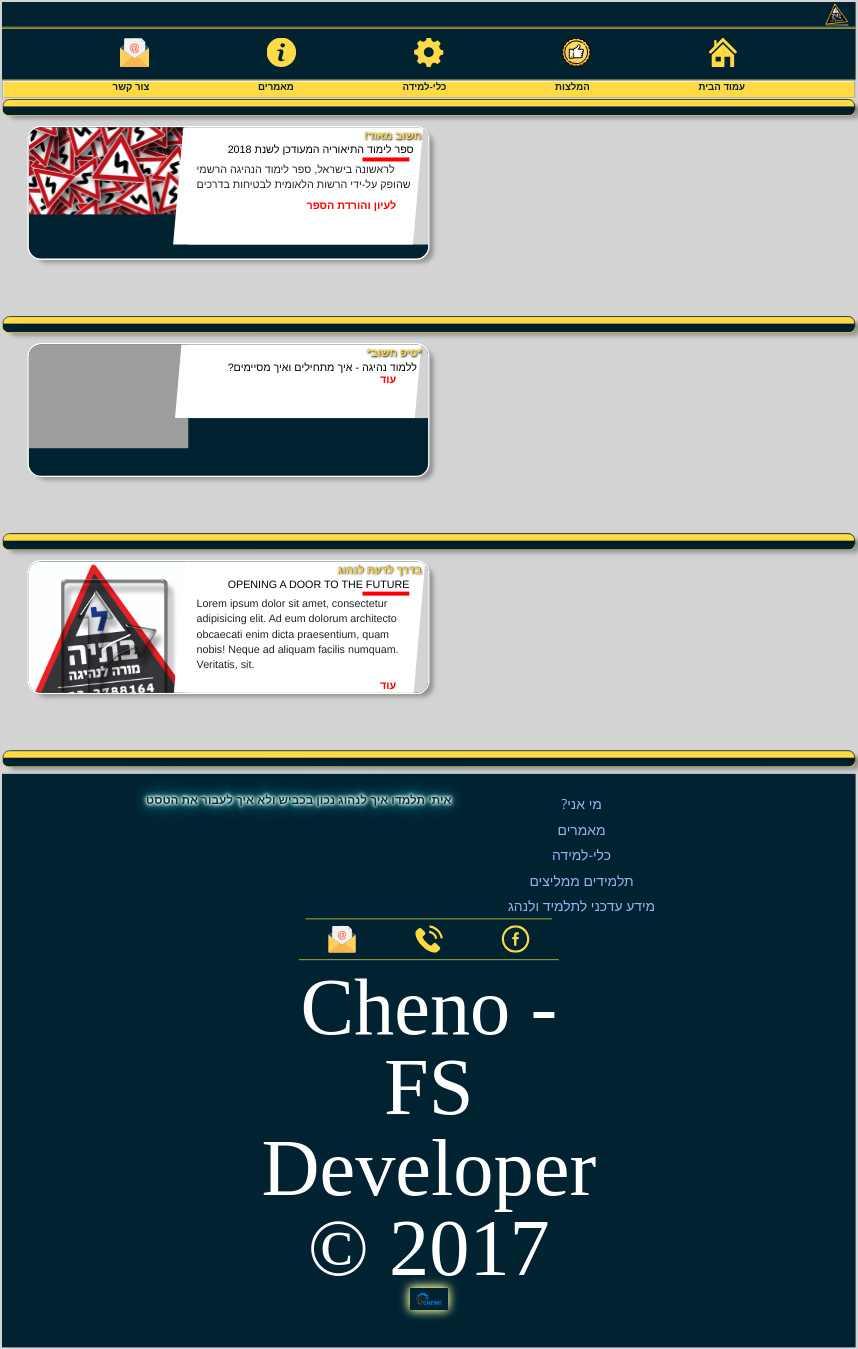
Repository: ChenGinsberg/BatyaLamed-site
Page: index.html
An editor plug-in stored every save of this project. The page is shown before and after the next save, followed by the edit.
The browser window is 1280 px wide. The pictures show the whole page, at 67% of full size.
Pictures or frames that could not be fetched are drawn as grey boxes. Some web libraries are served in a nearby version.

Above is the page before, as saved 2017-11-28 09:54:06.

### index.html
<!DOCTYPE html>
<html lang="en">

<head>
    <meta charset="UTF-8">
    <meta name="viewport" content="width=device-width, initial-scale=1.0">
    <meta http-equiv="X-UA-Compatible" content="ie=edge">
    <title>Batya</title>

    <script type="text/javascript" src="http://app.sliderui.com/sliders/zrkchs.js"></script>
    <script src="https://code.jquery.com/jquery-3.2.1.slim.min.js" integrity="sha384-KJ3o2DKtIkvYIK3UENzmM7KCkRr/rE9/Qpg6aAZGJwFDMVNA/GpGFF93hXpG5KkN"
        crossorigin="anonymous"></script>
    <script src="https://cdnjs.cloudflare.com/ajax/libs/popper.js/1.12.3/umd/popper.min.js" integrity="sha384-vFJXuSJphROIrBnz7yo7oB41mKfc8JzQZiCq4NCceLEaO4IHwicKwpJf9c9IpFgh"
        crossorigin="anonymous"></script>
    <script src="https://maxcdn.bootstrapcdn.com/bootstrap/4.0.0-beta.2/js/bootstrap.min.js" integrity="sha384-alpBpkh1PFOepccYVYDB4do5UnbKysX5WZXm3XxPqe5iKTfUKjNkCk9SaVuEZflJ"
        crossorigin="anonymous"></script>
    <link rel="stylesheet" href="https://maxcdn.bootstrapcdn.com/bootstrap/4.0.0-beta.2/css/bootstrap.min.css" integrity="sha384-PsH8R72JQ3SOdhVi3uxftmaW6Vc51MKb0q5P2rRUpPvrszuE4W1povHYgTpBfshb"
        crossorigin="anonymous">
    <link href="https://fonts.googleapis.com/css?family=Varela+Round&amp;subset=hebrew" rel="stylesheet">
    <link rel="stylesheet" type="text/css" href="style/reset.css">
    <link rel="stylesheet" type="text/css" href="style/style.css">
    <link rel="stylesheet" type="text/css" href="style/nav.css">
    <link rel="stylesheet" type="text/css" href="style/slider.css">
    <link rel="stylesheet" type="text/css" href="style/infoBox.css">
    <link rel="stylesheet" type="text/css" href="style/footer.css">
</head>

<body lang="rtl">
    <!-- nav-bar -->
    <div class="logoContainer">
        <img src="image/batyaLogo.jpg" class="logo-nav">
    </div>
    <nav class="navbar-blue">

        <div class="nav-icons">
            <a>
                <img src="image/email.svg" class="nav--icon">
            </a>
            <a href="aticles.html">
                <img src="image/icon.svg" class="nav--icon">
            </a>
            <a href="tools.html">
                <img src="image/settings-work-tool.svg" class="nav--icon">
            </a>
            <a href="recommendsPage.html">
                <img src="image/recommended.svg" class="nav--icon">
            </a>
            <a href="index.html">
                <img src="image/house-outline.svg" class="nav--icon">

            </a>
        </div>
        <br>
        <div class="nav-text">
            <span class="nav-iconn">צור קשר</span>
            <span class="nav-iconn">מאמרים</span>
            <span class="nav-iconn">כלי-למידה</span>
            <span class="nav-iconn">המלצות</span>
            <span class="nav-iconn">עמוד הבית</span>
        </div>
    </nav>

    <!-- slider - linked at the head -->

    <div data-slider-id="zrkchs" class="sliderCSS"></div>
    <div class="blueHR">
        <div class="yellowHR"></div>
    </div>
    <!-- infoBox -->
    <div class="blog-card">
        <div class="photo photo1"></div>
        <div class="description">
            <span class="infoBox_header">חשוב מאוד!
            </span>
            <h2>ספר לימוד התיאוריה המעודכן לשנת 2018</h2>
            <p class="summary">לראשונה בישראל, ספר לימוד הנהיגה הרשמי שהופק על-ידי הרשות הלאומית לבטיחות בדרכים</p>
            <a href="http://rsa.digitaler.co.il/rsa1/">לעיון והורדת הספר</a>
        </div>
    </div>
    <div class="blueHR">
        <div class="yellowHR"></div>
    </div>
    <div class="blog-card">
        <div class="photo photo2"></div>
        <div class="description">
            <span class="infoBox_header">*טיפ חשוב*</span>
            <h2>ללמוד נהיגה - איך מתחילים ואיך מסיימים?</h2>
            <a href="#"> עוד</a>
        </div>
    </div>
    <div class="blueHR">
        <div class="yellowHR"></div>
    </div>
    <div class="blog-card">
        <div class="photo photo3">
            <img src="/image/arrow.png" class="roadArrow">
        </div>
        <div class="description">
            <span class="infoBox_header">בדרך לדעת לנהוג</span>
            <h2>Opening a door to the future</h2>
            <p class="summary">Lorem ipsum dolor sit amet, consectetur adipisicing elit. Ad eum dolorum architecto obcaecati enim dicta praesentium,
                quam nobis! Neque ad aliquam facilis numquam. Veritatis, sit.</p>
            <a href="#">עוד</a>
        </div>
    </div>
    <div class="blueHR">
        <div class="yellowHR"></div>
    </div>
    <!-- FOOTER -->
    <footer class="flex-rw">
        <p class="footer-quate">איתי תלמדו איך לנהוג נכון בכביש ולא איך לעבור את הטסט</p>

        <ul class="footer-list-top">

            <li>
                <a href='/shop/about-mission' class="generic-anchor footer-list-anchor" itemprop="significantLink">?מי אני</a>
            </li>
            <li>
                <a href='/promos.html' class="generic-anchor footer-list-anchor" itemprop="significantLink">מאמרים</a>
            </li>
            <li>
                <a href='/retailers/new-retailers.html' class="generic-anchor footer-list-anchor" itemprop="significantLink">כלי-למידה</a>
            </li>

            <li>
                <a href='/job-openings.html' itemprop="significantLink" class="generic-anchor footer-list-anchor">תלמידים ממליצים</a>
            </li>

            <li>
                <a href='/shop/about-show-schedule' class="generic-anchor footer-list-anchor" itemprop="significantLink">מידע עדכני לתלמיד ולנהג</a>
            </li>
        </ul>
        <ul class="footer-list-top">
            <li>
                <section class="footer-social-section flex-rw">
                    <img src="image/email.svg" class="footer-svg">
                    <img src="image/telephone.svg" class="footer-svg">
                    <img src="image/social-facebook-circular-button.svg" class="footer-svg">

                </section>
                <section class="footer-bottom-section flex-rw">
                    <div class="footer-bottom-wrapper">
                        <i class="fa fa-copyright" role="copyright">
                            Cheno - FS Developer © 2017 </i>
                    </div>
                    <div class="footer-bottom-wrapper">

                        <img src="image/Chenologo.png" class="chen-icon">

                    </div>
                </section>
    </footer>


</body>

</html>

### style/reset.css
html,
body,
div,
span,
applet,
object,
iframe,
h1,
h2,
h3,
h4,
h5,
h6,
p,
blockquote,
pre,
a,
abbr,
acronym,
address,
big,
cite,
code,
del,
dfn,
em,
img,
ins,
kbd,
q,
s,
samp,
small,
strike,
strong,
sub,
sup,
tt,
var,
b,
u,
i,
center,
dl,
dt,
dd,
ol,
ul,
li,
fieldset,
form,
label,
legend,
table,
caption,
tbody,
tfoot,
thead,
tr,
th,
td,
article,
aside,
canvas,
details,
embed,
figure,
figcaption,
footer,
header,
hgroup,
menu,
nav,
output,
ruby,
section,
summary,
time,
mark,
audio,
video {
    margin: 0;
    padding: 0;
    border: 0;
    font-size: 100%;
    font: inherit;
    vertical-align: baseline;
}


/* HTML5 display-role reset for older browsers */

article,
aside,
details,
figcaption,
figure,
footer,
header,
hgroup,
menu,
nav,
section {
    display: block;
}

body {
    line-height: 1;
}

ol,
ul {
    list-style: none;
    padding: 0;
    margin: 0;
}

blockquote,
q {
    quotes: none;
}

blockquote:before,
blockquote:after,
q:before,
q:after {
    content: '';
    content: none;
}

table {
    border-collapse: collapse;
    border-spacing: 0;
}

### style/style.css
body {
    background-color: lightgray;
    margin: 2.8px;
}

### style/nav.css
/* NAV */

.logoContainer {
    background-color: #012231;
    height: 40px;
    width: 100%;
    border-bottom: double;
    border-bottom-color: #FFDA44;
}

.logo-nav {
    height: 34px;
    position: absolute;
    right: 1%;
    top: 5px;
}

.navbar-blue {
    background-color: #012231;
    width: 100%;
}

.nav-icons {
    display: flex;
    flex-direction: row;
    flex-wrap: wrap;
    width: 100%;
    justify-content: space-evenly;
}

.nav--icon {
    width: 44px;
    margin-top: 13px;
}

.nav-text {
    color: #012231;
    background-color: #FFDA44;
    font-family: sans-serif;
    height: 29px;
    border: groove;
    border-color: ivory;
    font-weight: bold;
    font-size: 0.9em;
    display: flex;
    flex-direction: row;
    flex-wrap: wrap;
    width: 100%;
    justify-content: space-evenly;
}

.yellowHR {
    background-color: #FFDA44;
    height: 12px;
    border-radius: 10px 10px 0px 0px;
    border: 1px solid #012231;
    box-shadow: 9px 7px 7px -3px rgba(0, 0, 0, 0.3);
}

.blueHR {
    background-color: #012231;
    height: 25px;
    border-radius: 15px 11px 10px 10px;
    box-shadow: 9px 7px 7px -3px rgba(0, 0, 0, 0.3);
    margin-bottom: 10px;
    border-bottom: 1px solid #FFDA44;
    border-left: 1px solid #FFDA44;
    border-right: 1px solid #FFDA44;
}

.nav-iconn:hover {
    background: red;
}

### style/slider.css
.container {
    margin: 10px auto;
    width: 93%;
    height: 200px;
    overflow: hidden;
    position: relative;
    box-shadow: 2px 7px 36px 0px #012231;
}

.photo_slider {
    position: absolute;
    animation: round 3s infinite;
    opacity: 0;
    width: 100%;
    left: 0%;
    height: 100%;
}

@keyframes round {
    25% {
        opacity: 1;
    }
    40% {
        opacity: 0;
    }
}

img:nth-child(1) {
    animation-delay: 12s;
}

img:nth-child(2) {
    animation-delay: 8s;
}

img:nth-child(3) {
    animation-delay: 4s;
}

img:nth-child(4) {
    animation-delay: 0s;
}

.bx-wrapper {
    margin-bottom: 10px;
}

### style/infoBox.css
@import url(https://fonts.googleapis.com/css?family=Open+Sans:400,700|Roboto:400,700);
.blog-card {
    transition: height 0.3s ease;
    -webkit-transition: height 0.3s ease;
    border-radius: 20px;
    box-shadow: 9px 7px 7px -3px rgba(0, 0, 0, 0.3);
    margin: 15px auto 6.6%;
    overflow: hidden;
    position: relative;
    font-size: 1em;
    -webkit-font-smoothing: antialiased;
    background-color: white;
    margin-left: 3%;
    margin-right: 3%;
    background-color: #012231;
    border: 2px solid white;
}

.blog-card:hover .details {
    left: 0;
}

.blog-card:hover.alt .details {
    right: 0;
}

.blog-card.alt .details {
    right: -100%;
    left: inherit;
}

.blog-card .photo {
    height: 257.6px;
    position: relative;
}

.blog-card .photo.photo1 {
    height: 130px;
    background: url("../image/red-article.png") center no-repeat;
    background-size: cover;
}

.blog-card .photo2 {
    background-image: url("https://i.pinimg.com/originals/f4/fa/d5/f4fad5ff3990dc189ff19cc8a0a3cc14.jpg");
    background-size: cover;
    height: 155px;
}

.blog-card .photo.photo3 {
    background: url("../image/nitzan _ logo nehiga-03.jpg") center no-repeat;
    background-size: cover;
}

.blog-card .details {
    transition: all 0.3s ease;
    -webkit-transition: all 0.3s ease;
    background: rgba(0, 0, 0, 0.6);
    box-sizing: border-box;
    color: #fff;
    font-family: "Open Sans";
    list-style: none;
    margin: 0;
    padding: 10px 15px;
    height: 200px;
    /*POSITION*/
    position: absolute;
    top: 0;
    left: -100%;
}

.blog-card .details>li {
    padding: 3px 0;
}

.blog-card .details li:before,
.blog-card .details .tags ul:before {
    font-family: FontAwesome;
    margin-right: 10px;
    vertical-align: middle;
}

.blog-card .details .author:before {
    content: "\f007";
}

.blog-card .details .date:before {
    content: "\f133";
}

.blog-card .details .tags ul {
    list-style: none;
    margin: 0;
    padding: 0;
}

.blog-card .details .tags ul:before {
    content: "\f02b";
}

.blog-card .details .tags li {
    display: inline-block;
    margin-right: 3px;
}

.blog-card .details a {
    color: inherit;
    border-bottom: 1px dotted;
}

.blog-card .details a:hover {
    color: #75D13B;
}

.blog-card .description {
    padding: 5px 12px 40px;
    box-sizing: border-box;
    position: relative;
    background-color: lightgray;
}

.blog-card .description .infoBox_header {
    direction: rtl;
    font-family: "Roboto";
    line-height: 1em;
    position: absolute;
    right: 10px;
    font-family: "Open Sans Hebrew", "Helvetica Neue", Helvetica, Arial, sans-serif;
    color: #FFDA44;
    font-weight: bold;
    text-shadow: 1px 1px 3px black;
}

.blog-card .description h2 {
    color: black;
    line-height: 1.2em;
    text-transform: uppercase;
    font-size: 1em;
    font-weight: 400;
    margin: 1.2% 0;
    position: relative;
    top: 15px;
    left: 13.9%;
    font-family: "Open Sans Hebrew", "Helvetica Neue", Helvetica, Arial, sans-serif;
    direction: rtl;
    text-shadow: 1.8px 0.9px 0.1px white;
}

.blog-card .description p {
    position: relative;
    margin: 0;
    padding-top: 20px;
    line-height: 22.7px;
    font-family: "Open Sans Hebrew", "Helvetica Neue", Helvetica, Arial, sans-serif;
}

.blog-card .description p:after {
    content: "";
    background: red;
    height: 6px;
    width: 70px;
    position: absolute;
    top: 13px;
    right: 16px;
}

.blog-card .description a {
    color: red;
    margin-bottom: 9px;
    font-family: "Open Sans Hebrew", "Helvetica Neue", Helvetica, Arial, sans-serif;
    font-weight: bolder;
    float: right;
    margin-right: 10%;
    margin-top: 12px;
}

.blog-card .description a:after {
    transition: all 0.3s ease;
    -webkit-transition: all 0.3s ease;
    content: "\f061";
    font-family: FontAwesome;
    margin-left: -10px;
    opacity: 0;
    vertical-align: middle;
}

.blog-card .description a:hover:after {
    margin-left: 5px;
    opacity: 1;
}

@media screen and (min-width: 600px) {
    .blog-card {
        height: 200px;
        max-width: 600px;
    }
    .blog-card:hover .photo {
        -webkit-transform: rotate(5deg) scale(1.3);
        transform: rotate(5deg) scale(1.3);
    }
    .blog-card:hover.alt .photo {
        -webkit-transform: rotate(-5deg) scale(1.3);
        transform: rotate(-5deg) scale(1.3);
    }
    .blog-card.alt .details {
        padding-left: 30px;
    }
    .blog-card.alt .description {
        float: right;
    }
    .blog-card.alt .description:before {
        -webkit-transform: skewX(5deg);
        transform: skewX(5deg);
        right: -15px;
        left: inherit;
    }
    .blog-card.alt .photo {
        float: right;
    }
    .blog-card .photo {
        transition: all 0.5s ease;
        -webkit-transition: all 0.5s ease;
        float: left;
        height: 100%;
        width: 40%;
    }
    .blog-card .details {
        width: 40%;
    }
    .blog-card .description {
        float: left;
        width: 60%;
        z-index: 0;
    }
    .blog-card .description:before {
        -webkit-transform: skewX(-5deg);
        transform: skewX(-5deg);
        content: "";
        background: #fff;
        width: 100%;
        z-index: -1;
        /*POSITION*/
        position: absolute;
        left: -15px;
        top: 0;
        bottom: 0;
    }
}

### style/footer.css
.footer-svg {
    height: 41px;
    width: 57px;
}

.chen-icon {
    width: 15%;
    position: relative;
    bottom: 4%;
    left: 0%;
    box-shadow: 0 0 1px #fff, 0 0 1px #fff, 0 0 0px #e3e98e, 0 0 17px #e3e98e, 0 0 13px #e3e98e;
}

.footer-quate {
    text-align: center;
    font-family: 'Varela Round', sans-serif;
    position: relative;
    font-size: 1.1em;
    border-radius: 3px;
    transition: all 0.3s ease;
    text-shadow: 0 0 5px #fff, 0 0 10px #fff, 0 0 5px #fff, 0 0 5px #0ff, 0 0 0px #0ff, 0 0 90px #0ff, 0 0 20px #0ff, 0 0 50px #0ff;
    font-weight: bold;
}

.generic-anchor {
    color: #8DB9ED;
}

.generic-anchor:visited {
    color: #909090;
}

.generic-anchor:hover {
    color: #ccc;
}

.flex-rw {
    display: -webkit-box;
    display: -ms-flexbox;
    display: flex;
    -ms-flex-flow: row wrap;
    flex-flow: row wrap;
    justify-content: center;
}

footer {
    background: #012231;
    margin-top: auto;
    padding: 31.2px 55px;
}

.footer-list-top {
    width: 33.333%;
    -webkit-padding-start: 0px;
}

.footer-list-top>li {
    text-align: center;
    padding-bottom: 10px;
    list-style: none;
}

.footer-list-header {
    padding: 10px 0 5px 0;
    color: #fff;
    font: 2.3vw "Oswald", sans-serif;
}

.footer-list-anchor {
    font: 1.3em "Open Sans", sans-serif;
}

.footer-social-section {
    width: 100%;
    -webkit-box-align: center;
    -ms-flex-align: center;
    align-items: center;
    -ms-flex-pack: distribute;
    justify-content: space-around;
    position: relative;
    margin-top: 5px;
}

.footer-social-section::after {
    content: "";
    position: absolute;
    z-index: 1;
    top: -25%;
    left: 10px;
    border-top: 1px solid #F4EE3A;
    width: calc(100% - 20px);
}

.footer-social-connect {
    display: -webkit-box;
    display: -ms-flexbox;
    display: flex;
    -webkit-box-align: center;
    -ms-flex-align: center;
    align-items: center;
    font: 3.5em "Oswald", sans-serif;
    color: #fff;
}

.footer-social-small {
    font-size: 0.6em;
    padding: 0px 20px;
}

.footer-social-overlap>a {
    font-size: 3em;
}

.footer-social-overlap>a:not(:first-child) {
    margin-left: 0.38em;
}

.footer-bottom-section {
    width: 100%;
    padding: 10px;
    border-top: 1px solid #F4EE3A;
    margin-top: 10px;
}

.footer-bottom-section>div:first-child {
    margin-right: auto;
}

.footer-bottom-wrapper {
    font-size: 1.5em;
    color: #fff;
}

.footer-address {
    display: inline;
    font-style: normal;
}

.fa-copyright {
    font-size: 5em;
}

@media only screen and (max-width: 768px) {
    .footer-list-header {
        font-size: 2em;
    }
    .footer-list-anchor {
        font-size: 1.1em;
    }
    .footer-social-connect {
        font-size: 2.5em;
    }
    .footer-social-overlap>a {
        font-size: 2.24em;
    }
    .footer-bottom-wrapper {
        font-size: 1.3em;
    }
}

@media only screen and (max-width: 568px) {
    main {
        font-size: 5em;
    }
    .footer-list-top {
        width: 86%;
    }
    .footer-list-header {
        font-size: 3em;
    }
    .footer-list-anchor {
        font-size: 1.5em;
    }
    .footer-social-section {
        -webkit-box-pack: center;
        -ms-flex-pack: center;
        justify-content: center;
    }
    .footer-social-connect {
        margin-bottom: 10px;
        padding: 0 10px;
    }
    .footer-social-overlap {
        display: -webkit-box;
        display: -ms-flexbox;
        display: flex;
        -webkit-box-pack: center;
        -ms-flex-pack: center;
        justify-content: center;
    }
    .footer-social-icons-wrapper {
        width: 100%;
        padding: 0;
    }
    .footer-social-overlap>a:not(:first-child) {
        margin-left: 20px;
    }
    .footer-bottom-section {
        padding: 0 5px 0 5px;
    }
    .footer-bottom-wrapper {
        text-align: center;
        width: 100%;
        margin-top: 10px;
    }
}

@media only screen and (max-width: 480px) {
    .footer-social-overlap>a {
        margin: auto;
    }
    .footer-social-overlap>a:not(:first-child) {
        margin-left: 0;
    }
    .footer-bottom-rights {
        display: block;
    }
}

@media only screen and (max-width: 320px) {
    .footer-list-header {
        font-size: 2.2em;
    }
    .footer-list-anchor {
        font-size: 1.2em;
    }
    .footer-social-connect {
        font-size: 2.4em;
    }
    .footer-social-overlap>a {
        font-size: 2.24em;
    }
    .footer-bottom-wrapper {
        font-size: 0.8em;
        ;
    }
}

After the next save:
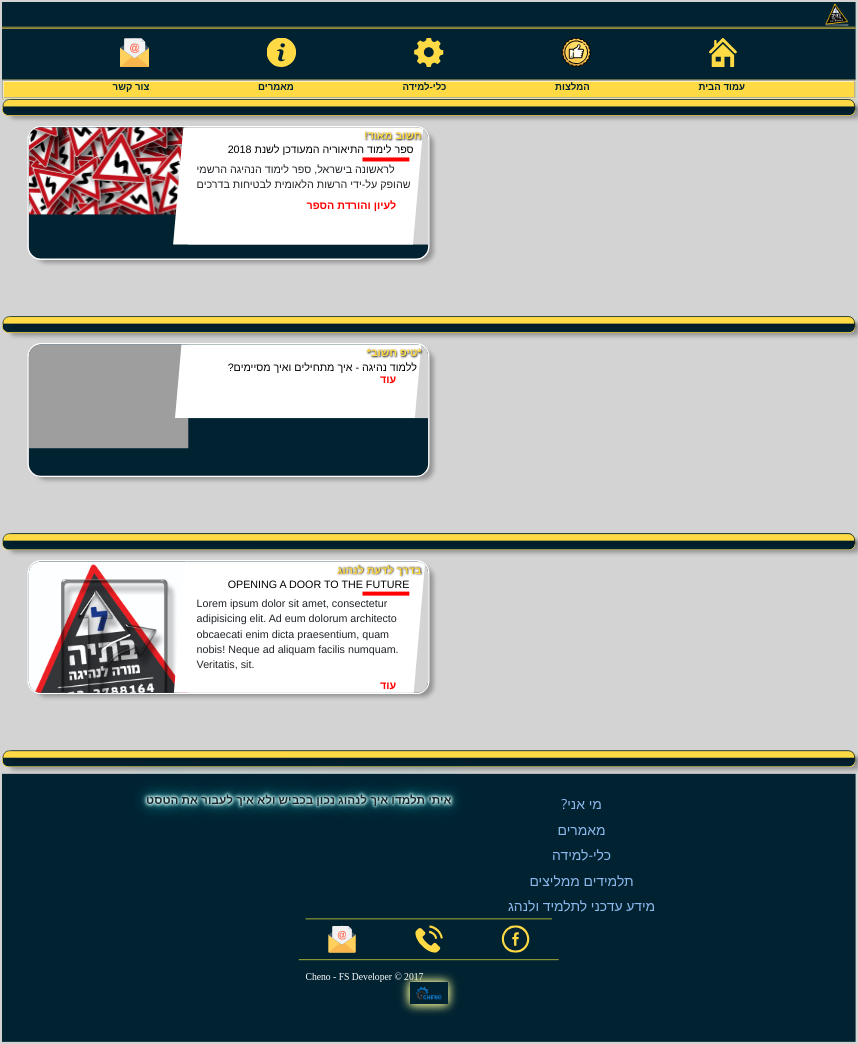
Saved 27 s later.
--- a/style/footer.css
+++ b/style/footer.css
@@ -137,7 +137,7 @@ footer {
 }
 
 .fa-copyright {
-    font-size: 5em;
+    font-size: 0.6em;
 }
 
 @media only screen and (max-width: 768px) {
